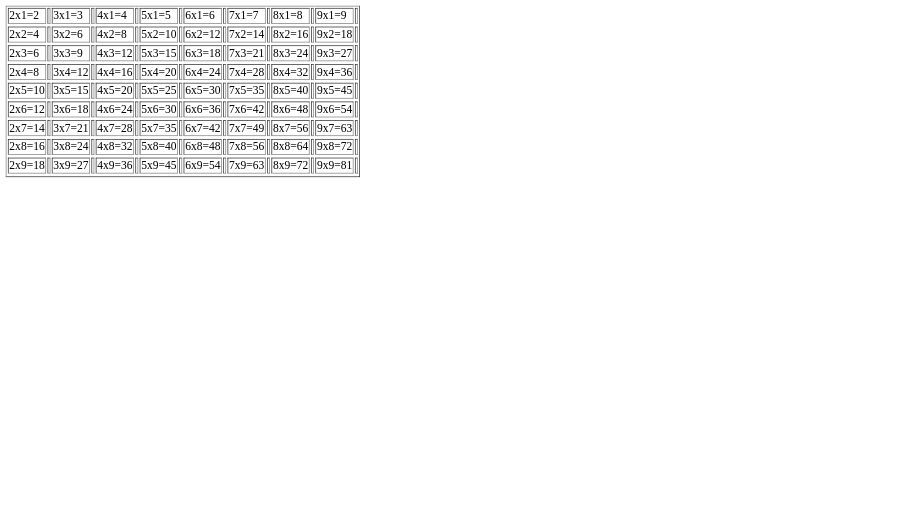
Repository: tldnwkd/jspclass2026
Page: http://localhost/chapter01/test02.jsp
These files come from the project's save history. The page is drawn as it stood at one moment and after the next save; the edit follows.
The browser window is 1280 px wide. The pictures show the whole page, at 72% of full size.
The page is served by Tomcat 9.

Above is the page before, as saved 2026-10-16 04:26:19.

### chapter01/src/main/webapp/test02.jsp
<%@ page language="java" contentType="text/html; charset=UTF-8"
    pageEncoding="UTF-8" import="java.util.*"%>
<!DOCTYPE html>
<html>
<head>
<meta charset="UTF-8">
<title>Insert title here</title>
</head>
<body>
<!-- 구구단 2단~ 9단까지 모두 출력할 것 -->

<table border="1">
	<%for(int i=1; i<10; i++) {%>
	<tr>
	<%for(int j=2; j<10; j++){%>
	<td><%=j%>x<%=i%>=<%=j*i%><td/>
	<%}%>
	<tr/>
	<%}%>
</table>
</body>
</html>

After the next save:
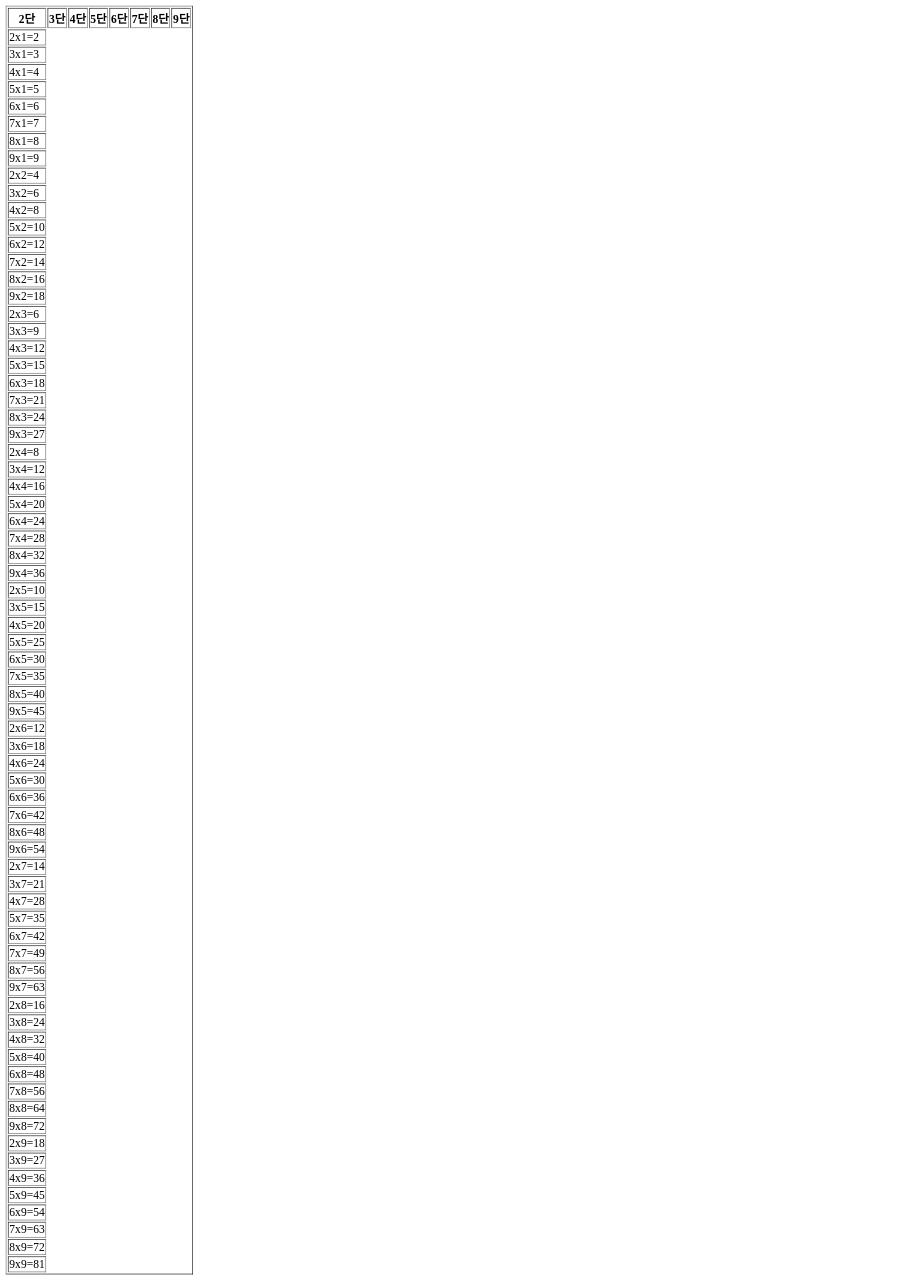
Saved 3 min 20 s later.
--- a/chapter01/src/main/webapp/test02.jsp
+++ b/chapter01/src/main/webapp/test02.jsp
@@ -10,12 +10,17 @@
 <!-- 구구단 2단~ 9단까지 모두 출력할 것 -->
 
 <table border="1">
+	<tr>
+	<% for(int i=2; i<=9; i++){ %>
+		<th><%= i %>단</th>
+		<%} %>
+	</tr>
 	<%for(int i=1; i<10; i++) {%>
 	<tr>
 	<%for(int j=2; j<10; j++){%>
-	<td><%=j%>x<%=i%>=<%=j*i%><td/>
+	<td><%=j%>x<%=i%>=<%=j*i%></tr>
 	<%}%>
-	<tr/>
+	</tr>
 	<%}%>
 </table>
 </body>
